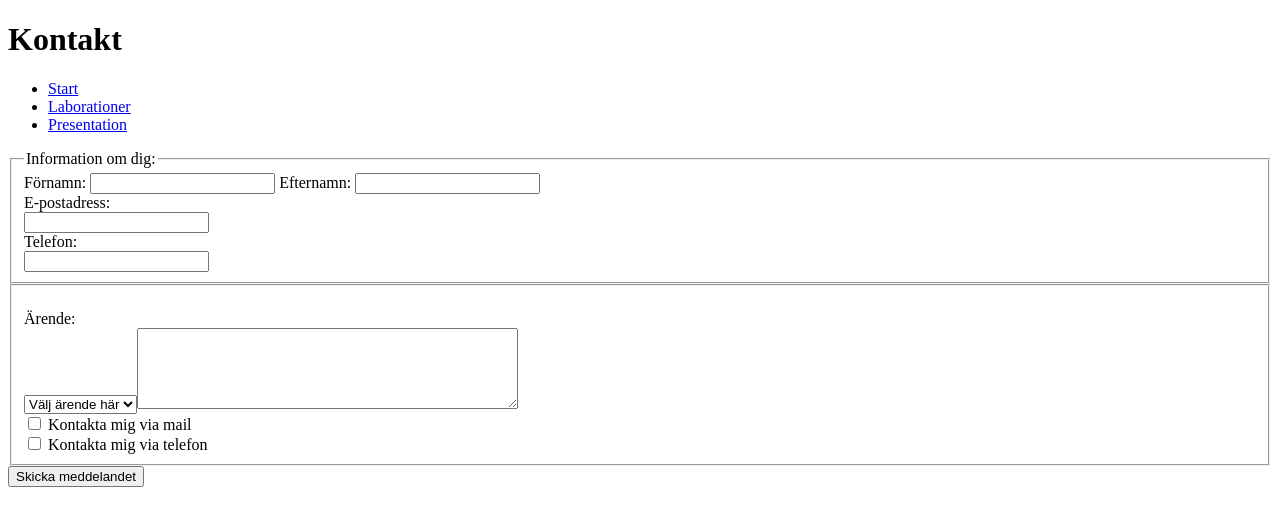
Repository: Martin-Carlsson85/HTML-och-CSS
Page: pages/kontakt.html
The author's editor kept a record of every edit. The page is drawn from the files as they stood at one moment, then again after the next edit.
The browser window is 1280 px wide. The pictures show the whole page.

Above is the page before.

### pages/kontakt.html
<!doctype html>
<html lang="sv">
    <head>
        <meta charset="utf-8" />

        <title>Kontakt</title>

    </head>

<h1>Kontakt</h1>

<ul>
    <li><a href="../index.html">Start</a></li>

    <li><a href="laborationer.html">Laborationer</a></li>

    <li><a href="presentation.html">Presentation</a></li>
</ul>

<form id="form" name="form" method="post" action="http://voyager.lnu.se/tekinet/kurser/dtt/wp_webbintro/form.php">

        <fieldset>
            <legend>Information om dig:</legend>

            Förnamn:
            <input type="text" name="fnamn" id="fnamn" />

            Efternamn:
            <input type="text" name="enamn" id="enamn" /> <br />

            E-postadress:<br />
            <input type="text" name="epost" id="epost" /> <br />

            Telefon:<br />
            <input type="text" name="epost" id="epost" />

        </fieldset>
        <fieldset>
<label for="select"><br />
Ärende:</label><br />

<select name="favoritarstid" id="favoritarstid">
<option> Välj ärende här </option>
<option value="var"> Synpunkter </option>
<option value="var"> Frågor </option>

Meddelande:<br />
<textarea name="meddelande" id="meddelande" cols="45" rows="5"></textarea> <br />

<input type="checkbox" name="favoritarstid" id="sommar" value="sommar"/>
<label for="sommar">Kontakta mig via mail</label> <br />

<input type="checkbox" name="favoritarstid" id="host" value="host"/>
<label for="host">Kontakta mig via telefon</label> <br />

        </fieldset>

<input type="submit" name="skicka" id="skicka" value="Skicka meddelandet" />

</form>

After the next edit:
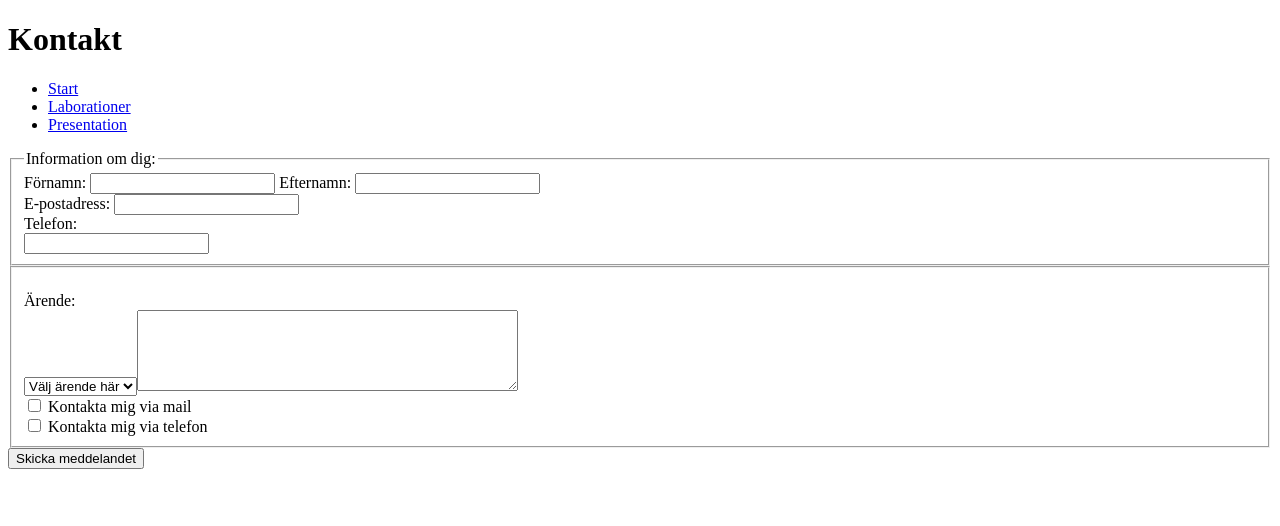
The edit:
--- a/pages/kontakt.html
+++ b/pages/kontakt.html
@@ -28,7 +28,7 @@
             Efternamn:
             <input type="text" name="enamn" id="enamn" /> <br />
 
-            E-postadress:<br />
+            E-postadress:
             <input type="text" name="epost" id="epost" /> <br />
 
             Telefon:<br />
